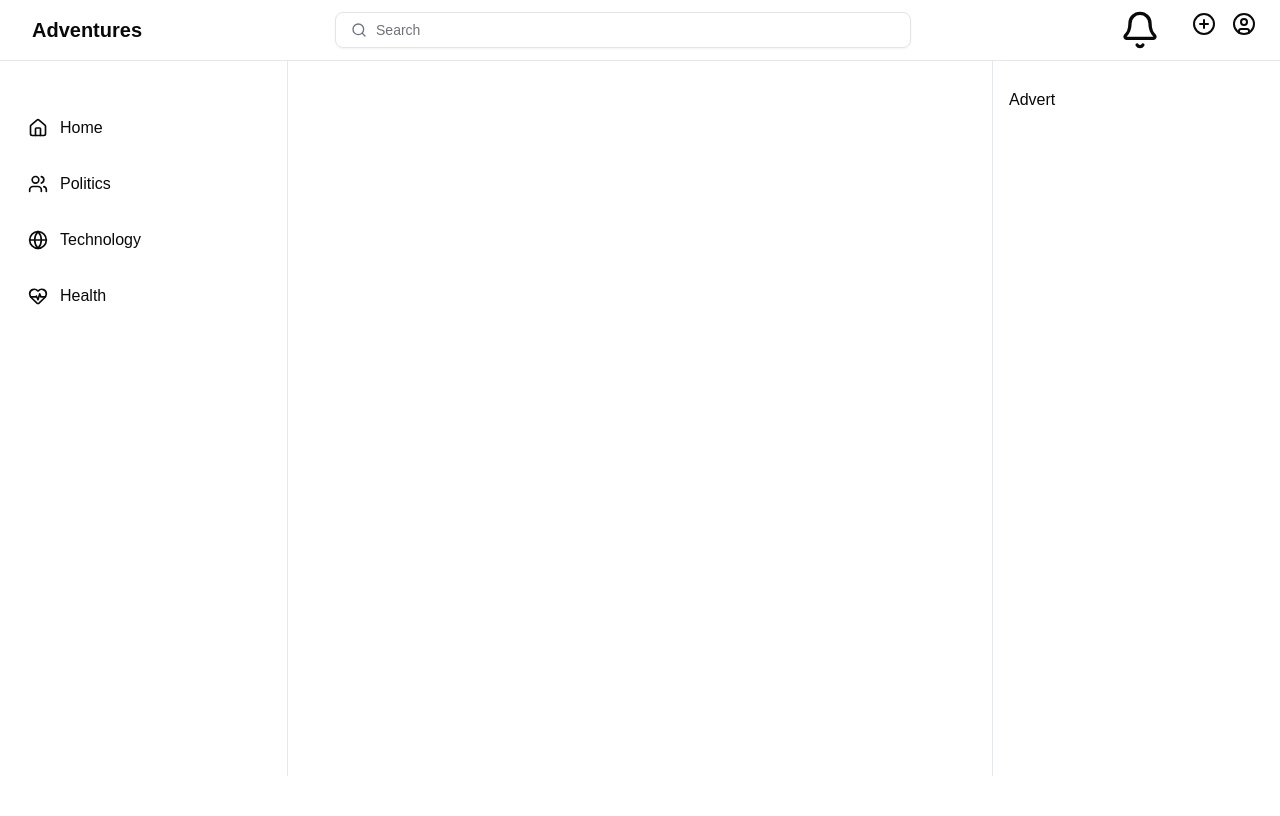
Repository: IssaMuiz/afrixpace-frontend
Page: /
An editor plug-in stored every save of this project. The page is shown before and after the next save, followed by the edit.
The browser window is 1280 px wide. The pictures show the whole page.
The page's requests for data from a server got no answer. The project was rebuilt for these pictures with package versions that can differ from the ones it lists, and the page was loaded fresh each time. The framework's server and built-in components were replaced by stand-ins that run in the browser. No one was signed in, and anything a server would have sent is missing. Also part of the build but not shown: next.config.ts, components/ui/card.tsx, components/Vote.tsx, components/PostCard.tsx.

Above is the page before, as saved 2025-02-05 04:36:59.

After the next save:
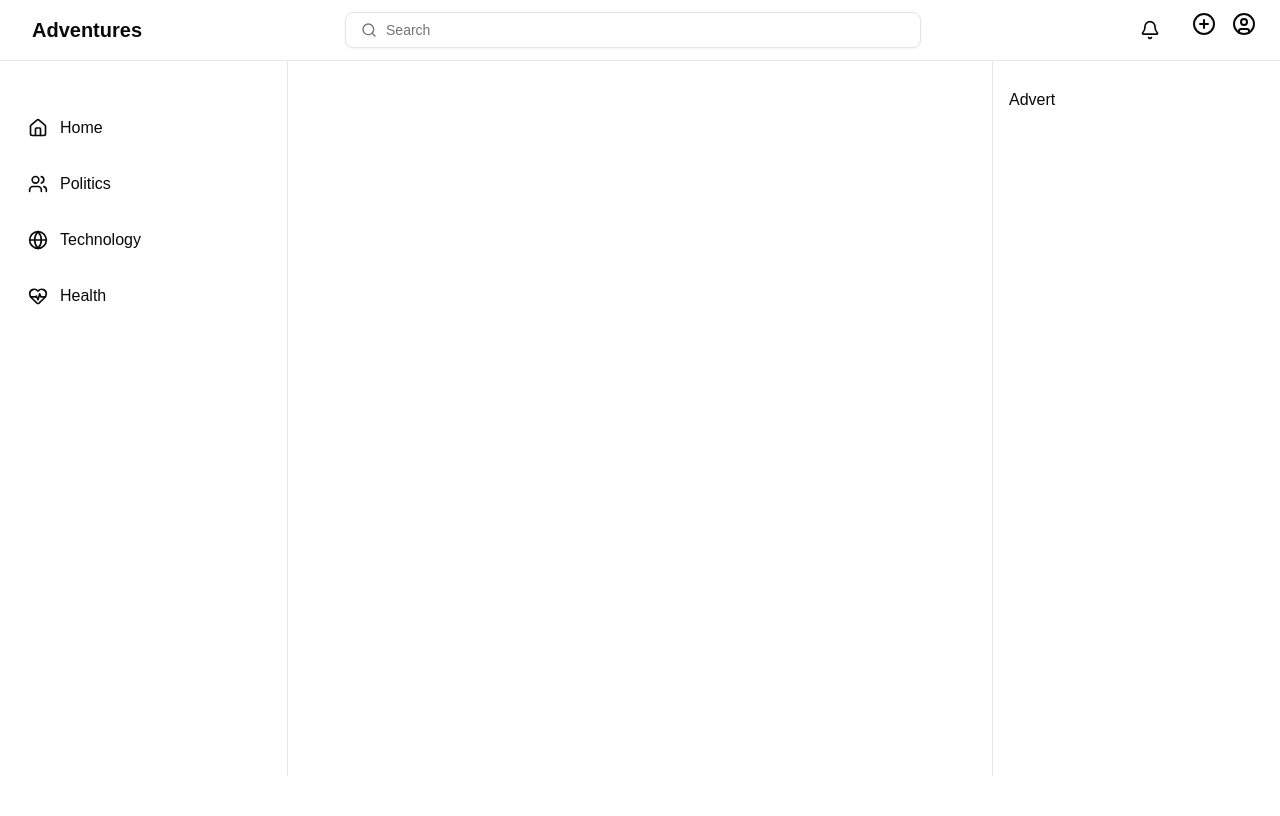
Saved 22 s later.
--- a/components/Navbar.tsx
+++ b/components/Navbar.tsx
@@ -29,7 +29,7 @@ const Navbar = () => {
           className=" hover:bg-gray-300 rounded-full cursor-pointer border-none shadow-none"
           variant="outline"
         >
-          <BellIcon className="min-h-10 min-w-10" />
+          <BellIcon className="min-h-5 min-w-5" />
         </Button>
 
         <PlusCircle />
